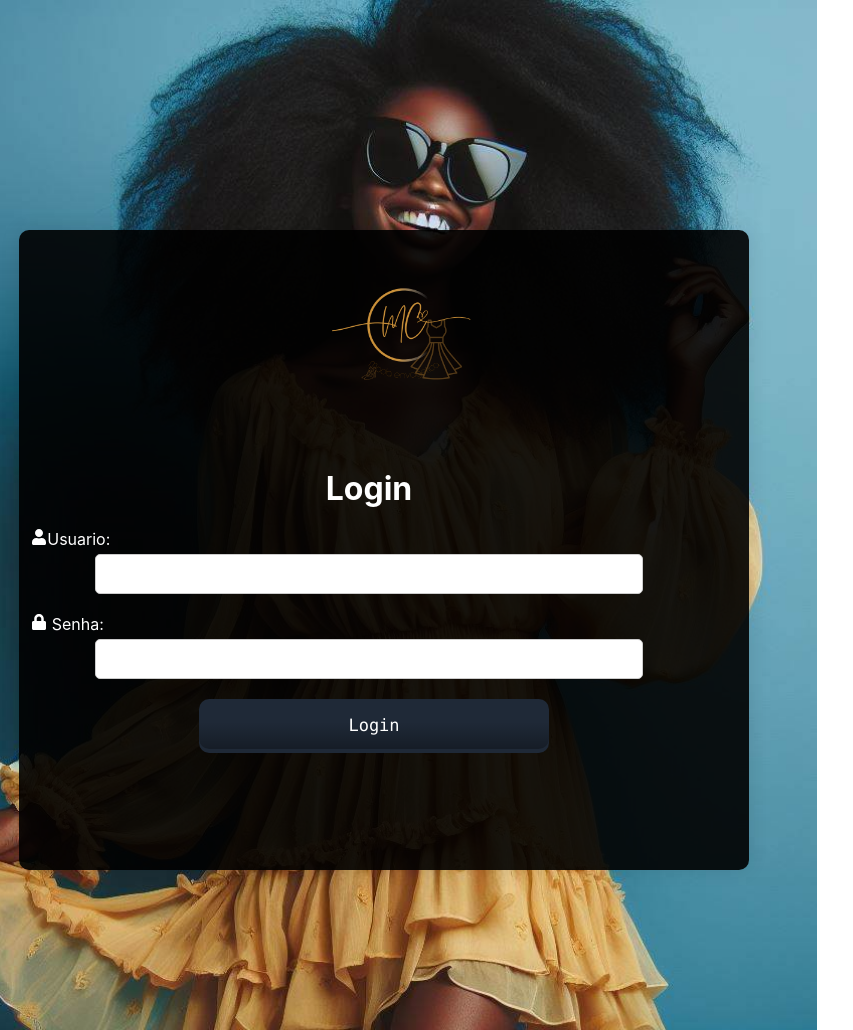
Repository: Mixchelle/ecommerce-moda-evangelica
Page: /login-admin
The author's editor kept a copy of each file at every save. The page is drawn from the files as they stood at one save, then again after the next save.
The browser window is 768 px wide. The page is 817 px wide, then 853 px, so the pictures cover 853 px, including what lies to the right of the window. The pictures show the whole page.
The project was rebuilt for these pictures with package versions that can differ from the ones it lists, and the page was loaded fresh each time. Also part of the build but not shown: src/components/Header.js, src/components/CategoriesFilter.js, src/pages/Home.js, src/pages/Login.js, src/pages/Admin.js, src/pages/Cart.js.

Above is the page before, as saved 2024-04-29 22:31:57.

After the next save:
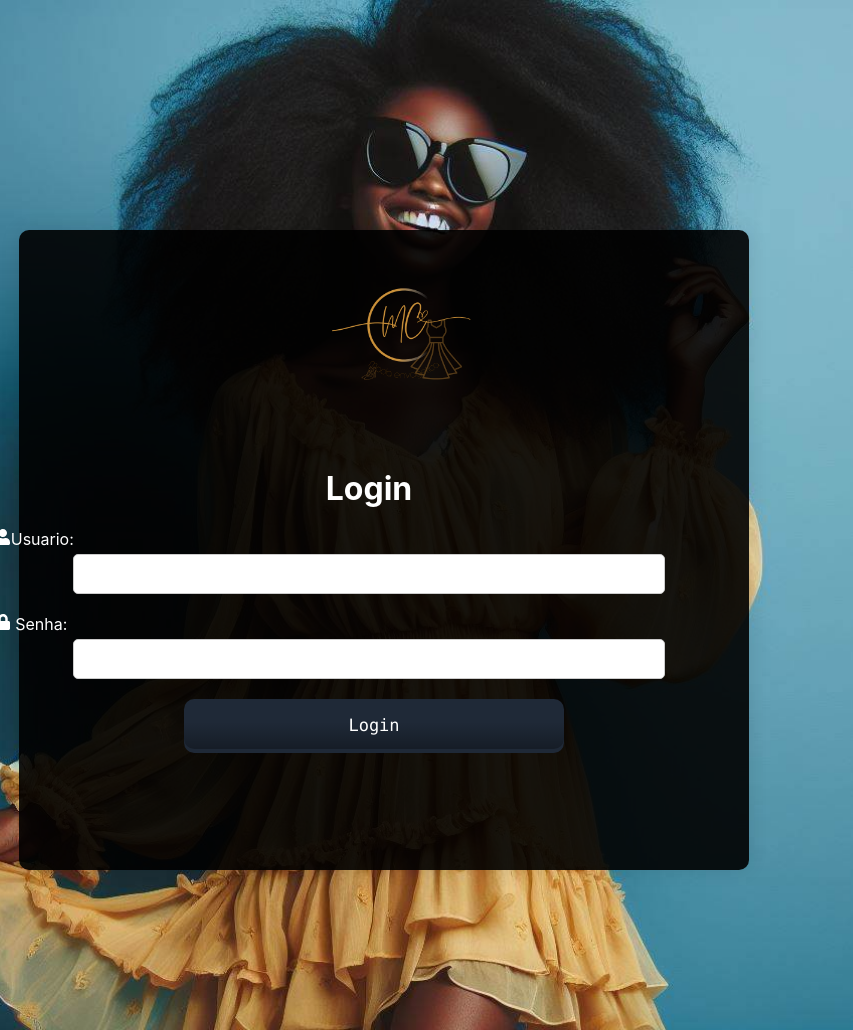
Saved 5 s later.
--- a/src/style/Login.css
+++ b/src/style/Login.css
@@ -164,7 +164,7 @@
 
   .form-container {
     flex: 2;
-width: 120%;
+width: 130%;
 padding: 10px;
 justify-content: center;
 margin-left: 10px;
